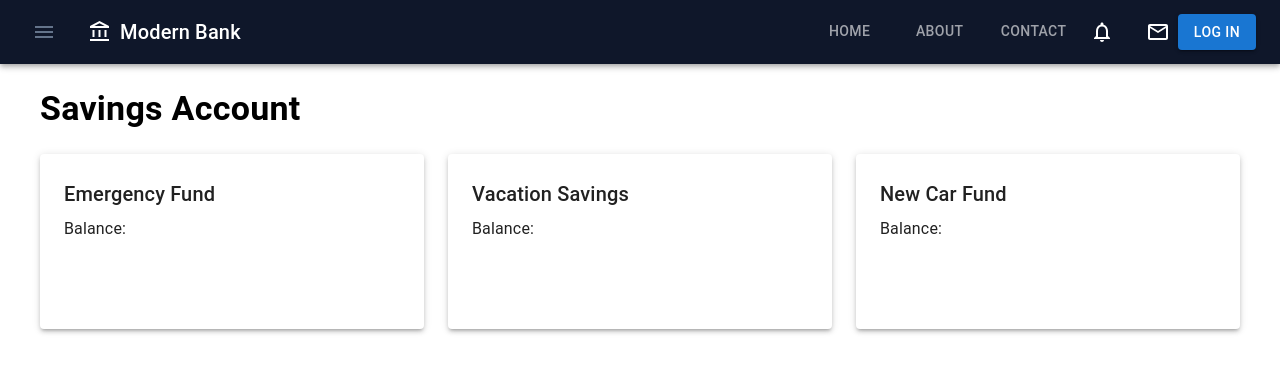
Repository: MohammadMazloum123/Moder-Bank-Full-Stack-Project
Page: /savings-account (app in Desktop/front-modernbank/front-modernbank/)
The author's editor kept a copy of each file at every save. The page is drawn from the files as they stood at one save, then again after a run of saves.
The browser window is 1280 px wide. The pictures show the whole page.
The project was rebuilt for these pictures with package versions that can differ from the ones it lists, and the page was loaded fresh each time. Also part of the build but not shown: Desktop/front-modernbank/front-modernbank/src/components/HomePage.jsx, Desktop/front-modernbank/front-modernbank/src/transactions/NewTransaction.tsx, Desktop/front-modernbank/front-modernbank/src/transactions/TransactionsHistory.tsx.

Above is the page before, as saved 2024-11-18 17:20:36.

### Desktop/front-modernbank/front-modernbank/public/index.html
<!DOCTYPE html>
<html lang="en">
  <head>

    <meta charset="utf-8" />
    <link rel="icon" href="%PUBLIC_URL%/favicon.ico" />
    <meta name="viewport" content="width=device-width, initial-scale=1" />
    <meta name="theme-color" content="#000000" />
    <meta
      name="description"
      content="Web site created using create-react-app"
    />
    <link rel="apple-touch-icon" href="%PUBLIC_URL%/logo192.png" />

    <link rel="manifest" href="%PUBLIC_URL%/manifest.json" />

    <title>Modern Bank App</title>
    <style>
      body{
        margin: 0;
        padding: 0;
        box-sizing: border-box;
      }
    </style>
  </head>
  <body>
    <noscript>You need to enable JavaScript to run this app.</noscript>
    <div id="root"></div>
  </body>
</html>

### Desktop/front-modernbank/front-modernbank/src/App.js
import React from "react";
import { Box} from "@mui/material";
import NavBar from "./components/NavBar";
import {BrowserRouter as Router} from "react-router-dom";
import AppRoutes from "./route/AppRoutes.tsx";


function App() {
  return (
    <Router>
      <Box>
        <NavBar/>
      </Box>
      <AppRoutes/>
    </Router>
  );
}

export default App;

### Desktop/front-modernbank/front-modernbank/src/components/NavBar.jsx
import { AppBar, Toolbar, Typography, Tabs, Tab, Button, Box } from '@mui/material'
import React, { useState } from 'react'
import DrawerComp from '../DrawerComp';
import NotificationsNoneOutlinedIcon from '@mui/icons-material/NotificationsNoneOutlined';
import EmailOutlinedIcon from '@mui/icons-material/EmailOutlined';
import { AccountBalanceOutlined } from '@mui/icons-material';
import { Link } from 'react-router-dom';

const NavBar = () => {
    const [value, setvalue] = useState();
return (
    <AppBar position='sticky' sx={{bgcolor:"#0f172a"}}>
        <Toolbar>

                <DrawerComp/>
                <Box display="flex" alignItems="center" flex={3} ml={3}>
                    <AccountBalanceOutlined fontSize='medium' sx={{ color: "white", mr: 1 }} />
                        <Typography variant='h6' color='inherit'>
                            Modern Bank
                        </Typography>
                </Box>
            <Box display="flex" flex={0.7} justifyContent="center">
                <Tabs
                textColor='inherit'
                indicatorColor='secondary'
                value={value}
                onChange={(e, value) => setvalue(value)}
                >
                        <Tab LinkComponent={Link} to="/" label="Home"/>
                        <Tab label="About"/>
                        <Tab label="Contact"/>
                </Tabs>
            </Box>
            <Box display="flex" flex={0.4} alignItems="center" justifyContent="center">
                <NotificationsNoneOutlinedIcon sx={{mr:4}}/>
                <EmailOutlinedIcon/>
            </Box>
            <Box display="flex" justifyContent="flex-end">
                <Button sx={{marginLeft:'auto'}} variant='contained'>Log In</Button>
            </Box>
        </Toolbar>
    </AppBar>
)
}

export default NavBar

### Desktop/front-modernbank/front-modernbank/src/route/AppRoutes.tsx
import React from 'react'
import {Routes, Route} from "react-router-dom";
import HomePage from '../components/HomePage';
import NewTransaction from '../transactions/NewTransaction.tsx';
import TransactionsHistory from '../transactions/TransactionsHistory.tsx';
import SavingsAccount from '../savings/SavingsAccount.tsx';

const AppRoutes = () => {
    return (
        <Routes>
            <Route path='/' element={<HomePage/>}/>
            <Route path='/new-transactions' element={<NewTransaction/>}/>
            <Route path='/transactions-history' element={<TransactionsHistory/>}/>
            <Route path='/savings-account' element={<SavingsAccount/>}/>
        </Routes>
    )
}

export default AppRoutes

### Desktop/front-modernbank/front-modernbank/src/DrawerComp.jsx
import React, {useState} from 'react'
import MenuIcon from '@mui/icons-material/Menu';
import {
    Drawer,
    IconButton,
    List,
    ListItemButton,
    ListItemIcon,
    ListItemText,
    Typography,
    Collapse,
    Divider,
    Box,
    Switch
    } from '@mui/material';

import {
    ExpandLess,
    ExpandMore,
    AddOutlined,
    SavingsOutlined,
    HistoryOutlined,
    CreditCardOutlined,
    TrendingUpOutlined,
    AccountBalanceOutlined,
    PercentOutlined,
    AttachMoneyOutlined,
    ShowChartOutlined,
    LogoutOutlined,
} from "@mui/icons-material";
import { Link } from 'react-router-dom';


const DrawerComp = () => {
    const [OpenDrawer, setOpenDrawer] = useState(false);
      // Dropdown states
        const [transactionsOpen, setTransactionsOpen] = useState(false);
        const [savingsOpen, setSavingsOpen] = useState(false);
        const [expenseTracker, setExpenseTracker] = useState(false);

return (
    <>
        <Drawer
        open={OpenDrawer}
        onClose={() => setOpenDrawer(false)}
        sx={{padding: "16px"}}
        >
        <Typography
            variant="h6"
            sx={{
            padding: 2,
            textAlign: "center",
            bgcolor: "#0f172a",
            color: "white",
        }}
        >
            Modern Bank
        </Typography>
        <Divider/>

            <List sx={{p: 2 ,width:"340px"}}>
                {/* Account Transactions Dropdown */}
                <ListItemButton onClick={() => setTransactionsOpen(!transactionsOpen)}>
                    <ListItemIcon>
                        <CreditCardOutlined/>
                    </ListItemIcon>
                    <ListItemText primary="Transactions"/>
                    {transactionsOpen ? <ExpandLess/> : <ExpandMore/>}
                </ListItemButton>
                <Collapse in={transactionsOpen} timeout="auto" unmountOnExit>
                    <List component="div" disablePadding sx={{pl : 2}}>
                        <ListItemButton component={Link} to="/new-transactions">
                            <ListItemIcon>
                                <AddOutlined fontSize='small'/>
                            </ListItemIcon>
                        <ListItemText primary="New Transactions"/>
                        </ListItemButton>
                        <ListItemButton component={Link} to="/transactions-history">
                            <ListItemIcon>
                                <HistoryOutlined fontSize='small'/>
                            </ListItemIcon>
                        <ListItemText primary="Transactions History"/>
                        </ListItemButton>
                    </List>
                </Collapse>
                <Divider/>
                {/* Savings Dropdown */}
                <ListItemButton onClick={() => setSavingsOpen(!savingsOpen)}>
                    <ListItemIcon>
                        <SavingsOutlined fontSize='small'/>
                    </ListItemIcon>
                    <ListItemText primary="Savings"/>
                    {savingsOpen ? <ExpandLess/> : <ExpandMore/>}
                </ListItemButton>
                <Collapse in={savingsOpen} timeout="auto" unmountOnExit>
                    <List component="div" disablePadding sx={{pl : 2}}>
                        <ListItemButton component={Link} to="/savings-account">
                            <ListItemIcon>
                                <AccountBalanceOutlined fontSize='small'/>
                            </ListItemIcon>
                            <ListItemText primary="Savings Account"/>
                        </ListItemButton>
                        <ListItemButton>
                            <ListItemIcon>
                                <TrendingUpOutlined fontSize='small'/>
                            </ListItemIcon>
                            <ListItemText primary="Savings Goals"/>
                        </ListItemButton>
                        <ListItemButton>
                            <ListItemIcon>
                                <PercentOutlined fontSize='small'/>
                            </ListItemIcon>
                            <ListItemText primary="Interest Rate"/>
                        </ListItemButton>
                    </List>
                </Collapse>
                <Divider/>
            <ListItemButton onClick={() => setExpenseTracker(!expenseTracker)}>
                <ListItemIcon>
                    <AttachMoneyOutlined fontSize='small'/>
                </ListItemIcon>
                    <ListItemText primary="Expense Tracker" />
                    {transactionsOpen ? <ExpandLess/> : <ExpandMore/>}
            </ListItemButton>
            <Collapse in={expenseTracker} timeout="auto" unmountOnExit>
                <List component="div" disablePadding sx={{pl : 2}}>
                    <ListItemButton>
                        <ListItemIcon>
                            <ShowChartOutlined fontSize='small'/>
                        </ListItemIcon>
                        <ListItemText primary="Track Expenses"/>
                    </ListItemButton>
                </List>
            </Collapse>
              {/* Dark Mode Switch */}
        <Box display="flex" alignItems="center" mt={2}>
            <Typography variant="body1" sx={{ flexGrow: 1 }}>
                Dark Mode
            </Typography>
            <Switch
                inputProps={{ 'aria-label': 'Dark Mode Switch' }}
            />

            <ListItemButton>
                        <ListItemText primary="Log Out"/>
                        <ListItemIcon>
                            <LogoutOutlined/>
                        </ListItemIcon>
                    </ListItemButton>
        </Box>
            </List>
        </Drawer>
        {/* Drawer Toggle Button */}
        <IconButton onClick={() => setOpenDrawer(!OpenDrawer)}>
            <MenuIcon sx={{color:"#64748b"}}/>
        </IconButton>
    </>
)
}

export default DrawerComp

### Desktop/front-modernbank/front-modernbank/src/savings/SavingsAccount.tsx
import React, { useState } from 'react';
import {
    Typography,
    Box,
    Paper,
    Grid,
    Button,
    Table,
    TableBody,
    TableCell,
    TableContainer,
    TableHead,
    TableRow,
    LinearProgress,
    Chip,
    Dialog,
    DialogTitle,
    DialogContent,
    DialogActions,
    TextField,
} from '@mui/material';

// Mock data for demonstration
const mockSavingsAccounts = [
    { id: 1, name: 'Emergency Fund', balance: 5000, goal: 10000, interestRate: 1.5, lastTransaction: '2023-05-15' },
    { id: 2, name: 'Vacation Savings', balance: 2500, goal: 5000, interestRate: 2.0, lastTransaction: '2023-05-10' },
    { id: 3, name: 'New Car Fund', balance: 7500, goal: 15000, interestRate: 1.8, lastTransaction: '2023-05-20' },
];

const SavingsAccount = () => {
    const [openDialog, setOpenDialog] = useState(false);
    const [accounts, setAccounts] = useState(mockSavingsAccounts);
    const [newAccount, setNewAccount] = useState({name:'', goal:''})

    const handleOpenDialog = () => setOpenDialog(true);
    const handleCloseDialog = () => setOpenDialog(false);

    const handleAccount = () => {
        if(newAccount.name && newAccount.goal){
            const newAccountData = {
                id: accounts.length + 1,
                name: newAccount.name,
                balance: 0 ,
                goal: parseFloat(newAccount.name),
                interestRate : 1.5,
                lastTransaction: new Date().toISOString().split('T')[0],
            };
            setAccounts([...accounts, newAccountData]);
            setNewAccount({name:'', goal:''});
            handleCloseDialog();
        }
    };
return (
    <Box sx={{maxWidth:1200, mx:'auto', p:3}}>
        <Typography component="h1" variant='h4' gutterBottom sx={{fontWeight:'bold', mb:3}}>
            Savings Account
        </Typography>
        <Grid container spacing={3} sx={{mb:3}}>
            {accounts.map((account) =>(
                <Grid item xs={12} md={4} key={account.id}>
                    <Paper elevation={3} sx={{display:'flex', height:'100%', flexDirection:'column', p: 3}}>
                        <Typography variant='h6' gutterBottom>{account.name}</Typography>
                        <Box sx={{display:'flex', justifyContent:'space-between', mb:2}}>
                            <Typography variant='body1'>Balance:</Typography>
                            <Typography variant='body1'></Typography>
                        </Box>
                    </Paper>
                </Grid>
            ))}

        </Grid>
    </Box>
)
}

export default SavingsAccount

Loaded but not shown: Desktop/front-modernbank/front-modernbank/src/index.js (common file); Desktop/front-modernbank/front-modernbank/src/reportWebVitals.js (common file)

After the next 4 saves:
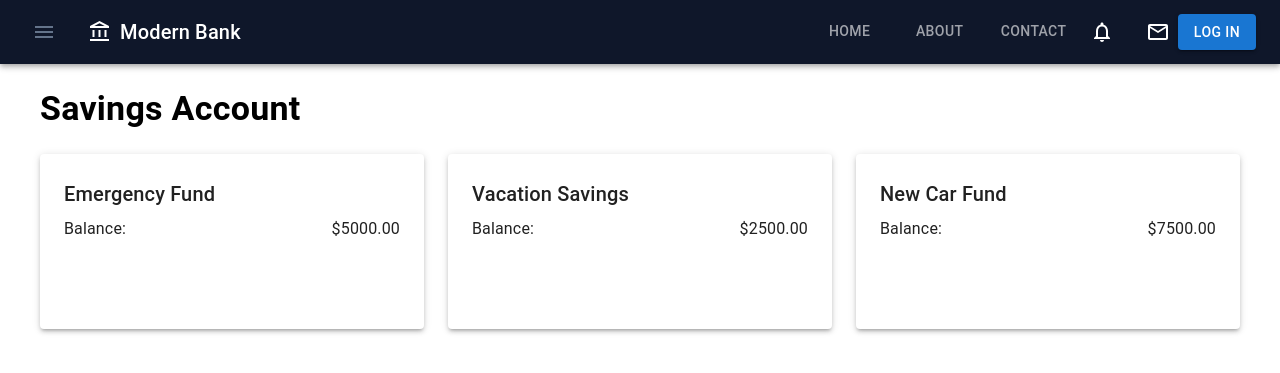
The 4 saves are shown as one change because they came seconds apart.
The last was saved 13 s later.
--- a/Desktop/front-modernbank/front-modernbank/src/savings/SavingsAccount.tsx
+++ b/Desktop/front-modernbank/front-modernbank/src/savings/SavingsAccount.tsx
@@ -62,7 +62,7 @@ return (
                         <Typography variant='h6' gutterBottom>{account.name}</Typography>
                         <Box sx={{display:'flex', justifyContent:'space-between', mb:2}}>
                             <Typography variant='body1'>Balance:</Typography>
-                            <Typography variant='body1'></Typography>
+                            <Typography variant='body1'>${account.balance.toFixed(2)}</Typography>
                         </Box>
                     </Paper>
                 </Grid>
